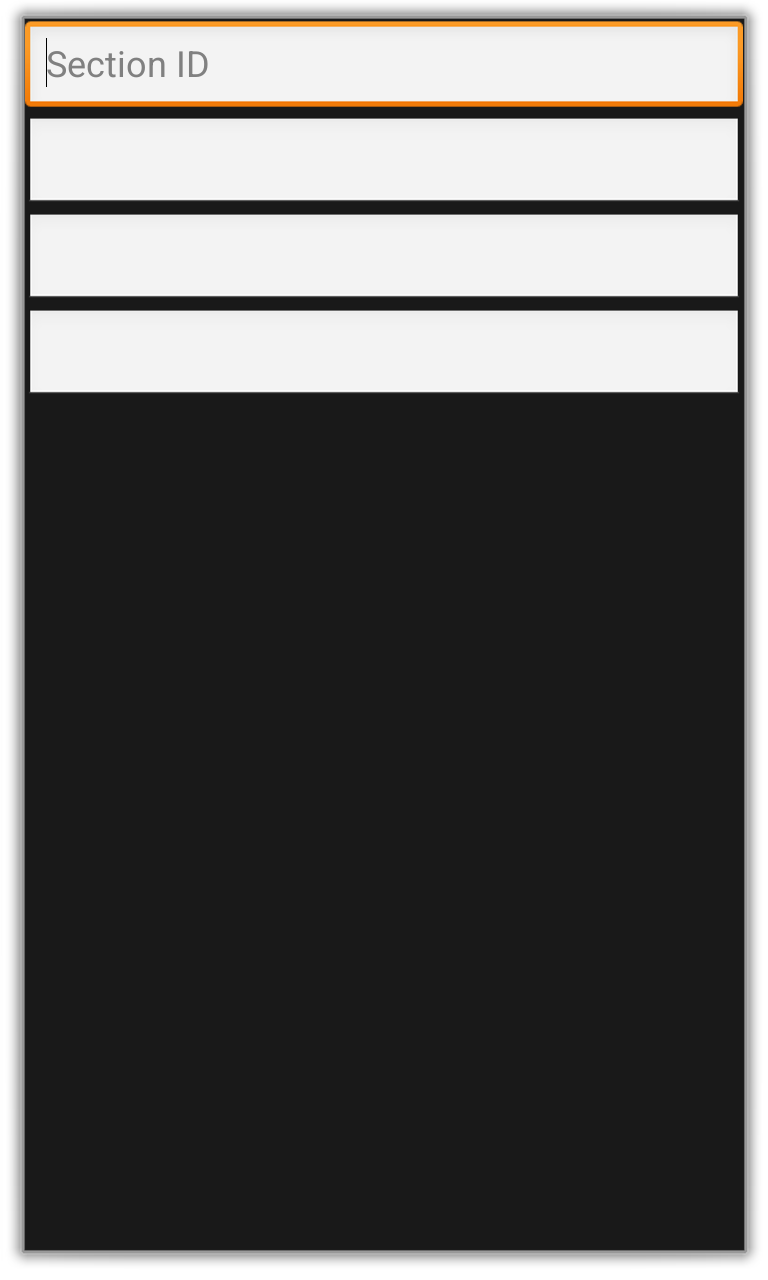
Repository: greatrakshit/Personal
Layout: POIRecorder/res/layout/activity_toll_booth.xml
An editor plug-in stored every save of this project. The layout is shown before and after the next save, followed by the edit.
It is drawn on a 768 x 1280 px phone screen (xhdpi) without system bars, with theme android:Theme.Dialog; the app's code is not run.

Above is the layout before, as saved 2014-09-14 12:58:30.

After the next save:
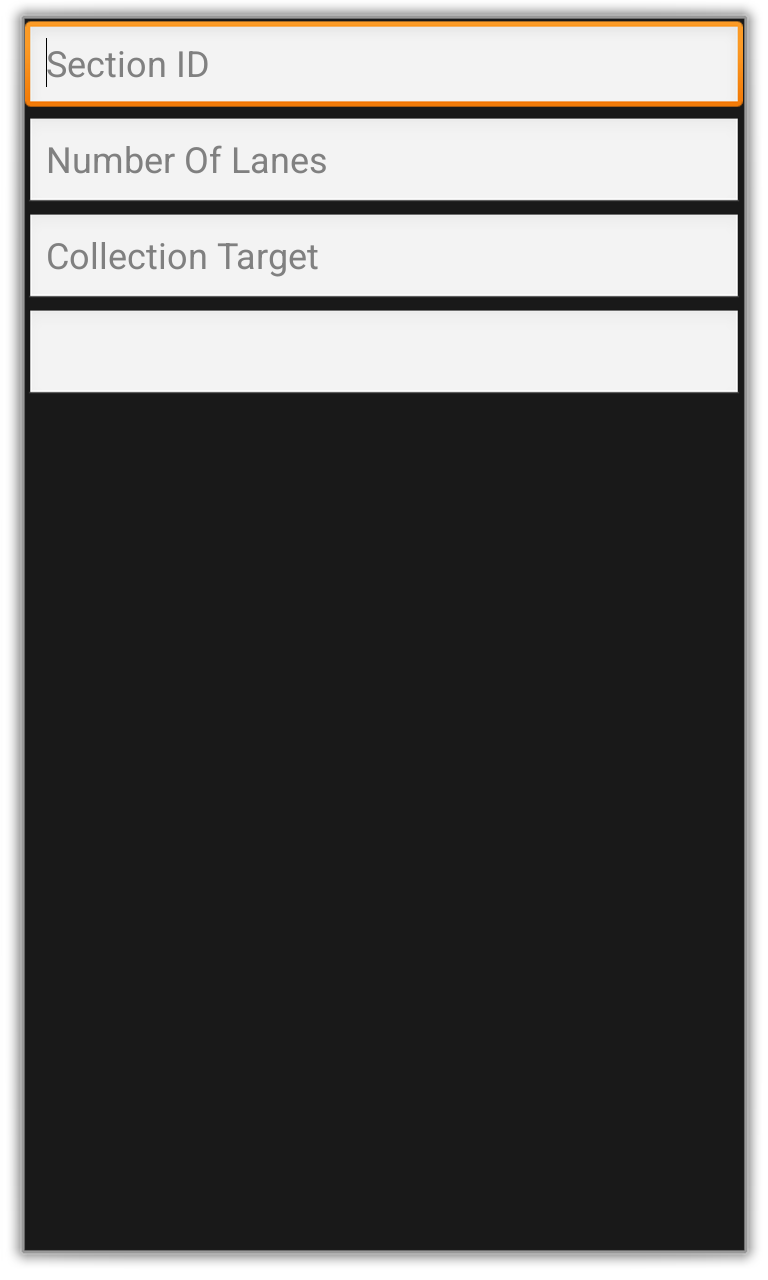
Saved 28 s later.
--- a/POIRecorder/res/layout/activity_toll_booth.xml
+++ b/POIRecorder/res/layout/activity_toll_booth.xml
@@ -18,6 +18,7 @@
         android:layout_width="match_parent"
         android:layout_height="wrap_content"
         android:ems="10"
+        android:hint="@string/attribute_tollbooth_numLanes"
         android:inputType="number" />
 
     <EditText
@@ -25,6 +26,7 @@
         android:layout_width="match_parent"
         android:layout_height="wrap_content"
         android:ems="10"
+        android:hint="@string/attribute_tollbooth_collectionTarget"
         android:inputType="number" />
 
     <EditText
